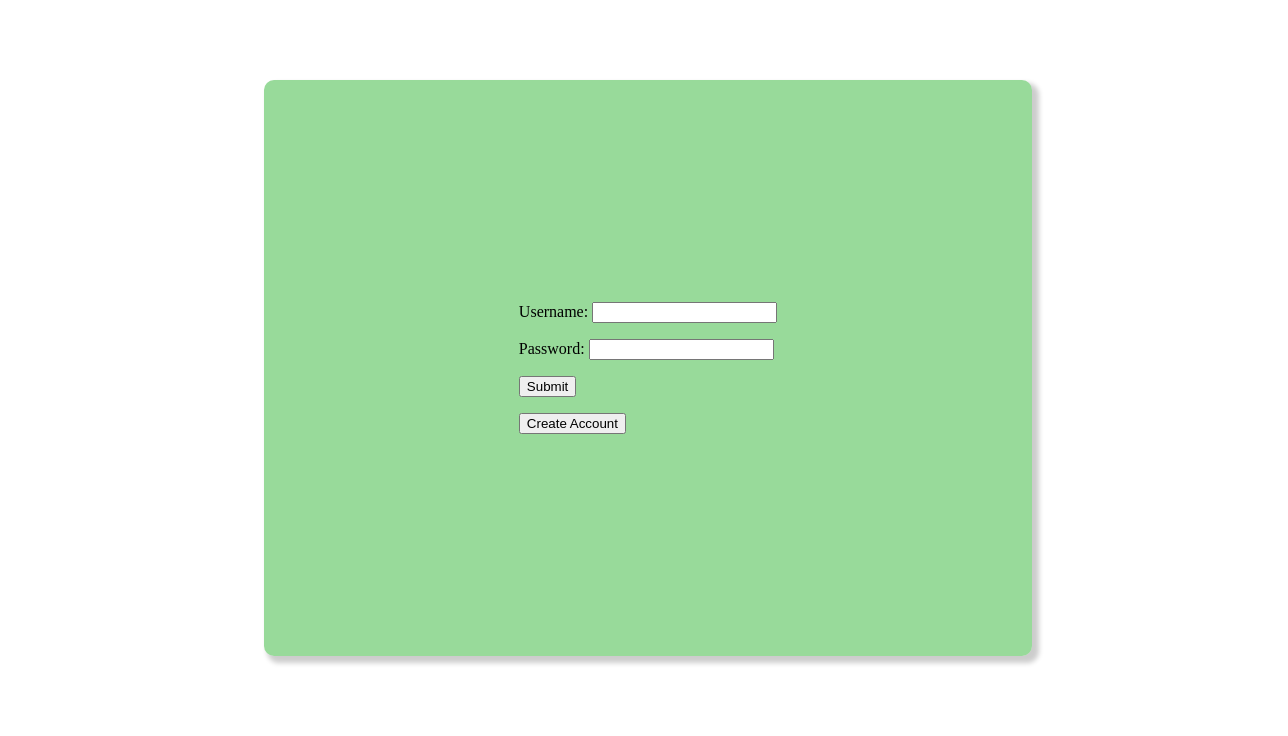
Repository: Jtho28/4830-group-project
Page: Esports-webproj/src/main/webapp/WEB-INF/Login.html
An editor plug-in stored every save of this project. The page is shown before and after the next save, followed by the edit.
The browser window is 1280 px wide. The page is 1288 px wide, so the pictures cover 1288 px, including what lies to the right of the window. The pictures show the whole page.

Above is the page before, as saved 2022-11-16 21:06:23.

After the next save:
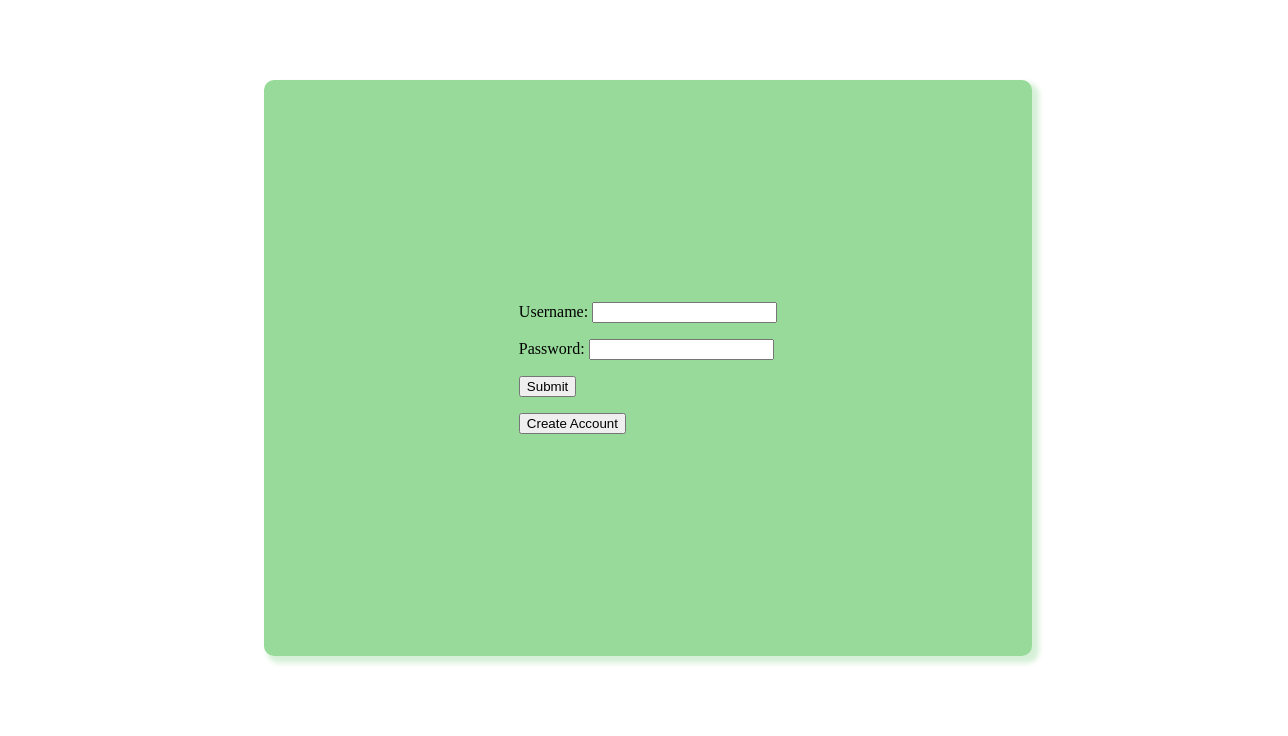
Saved 4 min 36 s later.
--- a/Esports-webproj/src/main/webapp/WEB-INF/login.css
+++ b/Esports-webproj/src/main/webapp/WEB-INF/login.css
@@ -20,7 +20,7 @@ body {
 	border-radius: 10px;
 	background: rgba(50, 181, 55, .5);
 	transition: ease all 0.5s;
-	box-shadow: 5px 5px 5px 2px rgba(0,0,0, .2)
+	box-shadow: 5px 5px 5px 2px rgba(50,181,55, .2)
 }
 .login:hover {
 	background: rgba(50, 181, 55, .5);
